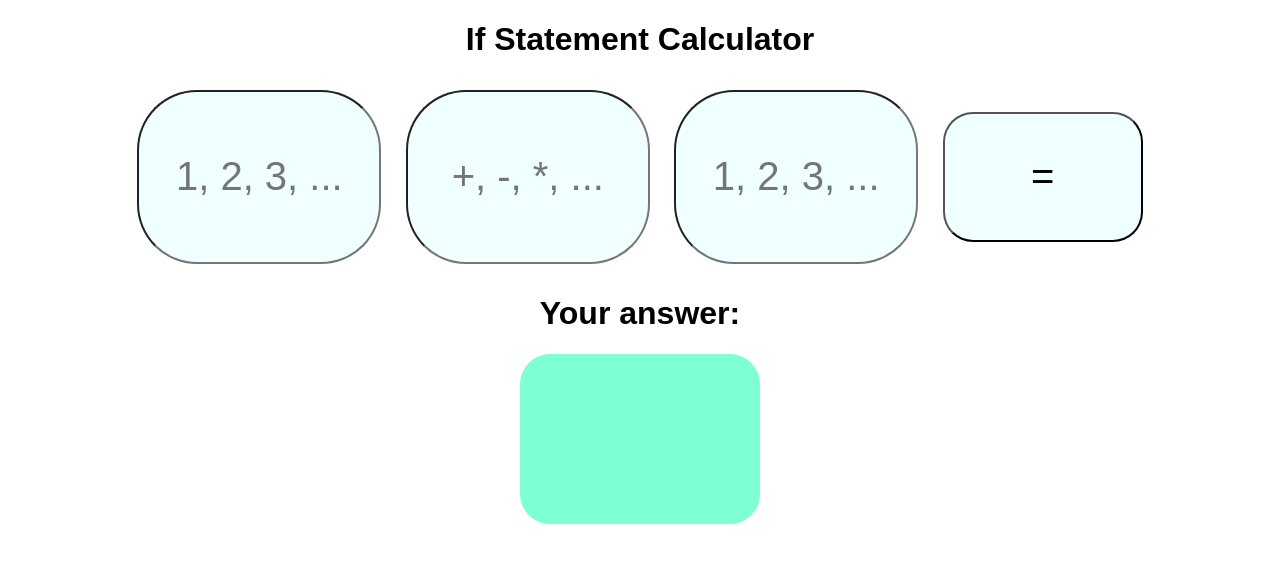
Repository: WesleyErasmus/threeInputCalculator
Page: html/if-calculator.html
These files come from the project's save history. The page is drawn as it stood at one moment and after the next save; the edit follows.
The browser window is 1280 px wide. The pictures show the whole page.

Above is the page before, as saved 2022-04-27 22:23:02.

After the next save:
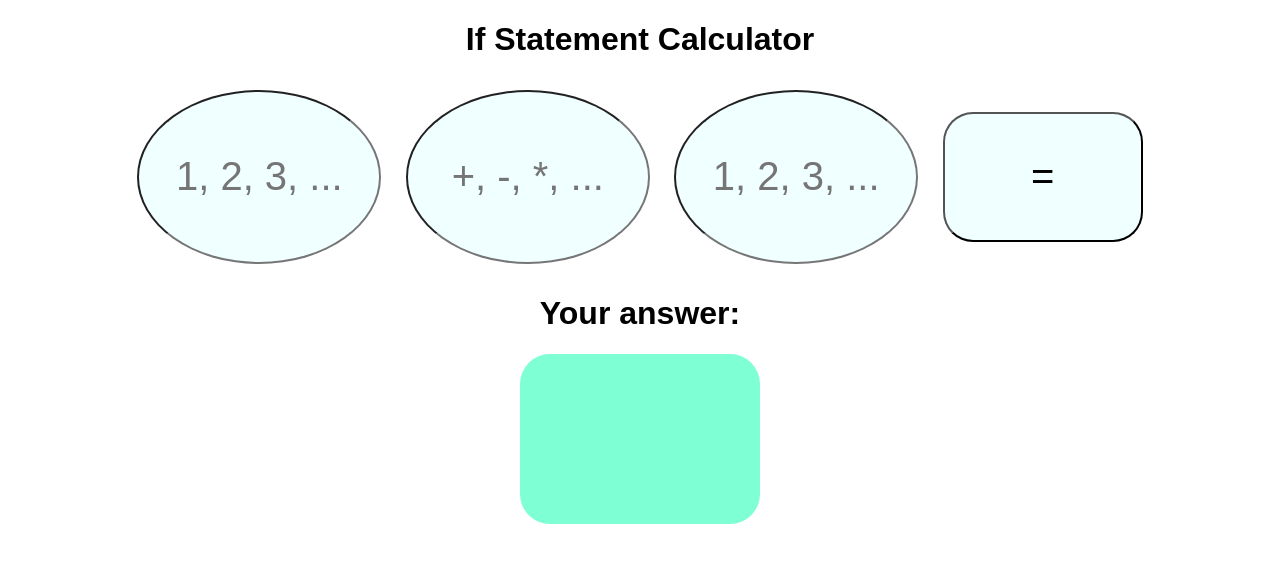
Saved 8 s later.
--- a/css/stylesheet.css
+++ b/css/stylesheet.css
@@ -13,7 +13,7 @@ input {
     margin: 10px;
     text-align: center;
     font-size: 40px;
-    border-radius: 60px;
+    border-radius: 50%;
 }
 button {
     background-color: azure;
